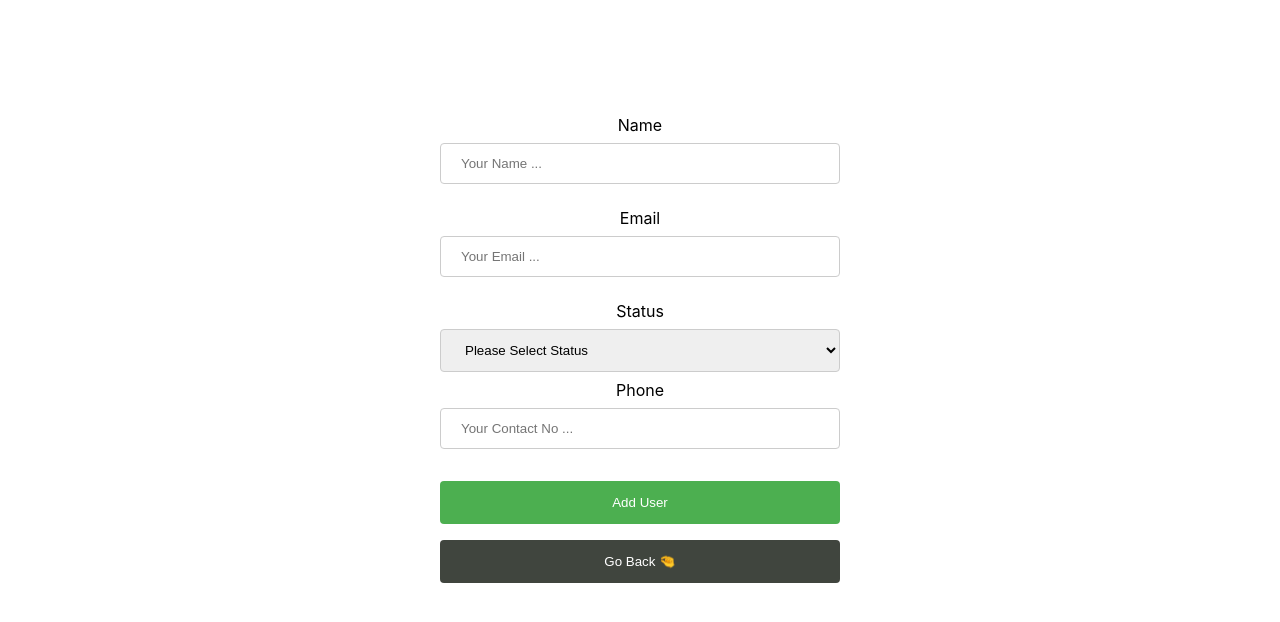
Repository: fdhhhdjd/Redux-Toolkit-CURD-Firebase
Page: /add
An editor plug-in stored every save of this project. The page is shown before and after the next save, followed by the edit.
The browser window is 1280 px wide. The pictures show the whole page.
Pictures or frames that could not be fetched are drawn as grey boxes. The project was rebuilt for these pictures with package versions that can differ from the ones it lists, and the page was loaded fresh each time. Also part of the build but not shown: src/Styles/Home.css, src/Component/Moments.js, src/Component/Home.js, src/Styles/View.css, src/Component/View.js.

Above is the page before, as saved 2021-10-25 14:23:28.

### src/index.js
import React from "react";
import ReactDOM from "react-dom";
import "./index.css";
import App from "./App";
import store from "./Redux/Store";
import { Provider } from "react-redux";
import * as serviceWorker from "./serviceWorker";
import { ToastContextProvider } from "./ToastContext/ToastContext";

ReactDOM.render(
  <React.StrictMode>
    <Provider store={store}>
      <ToastContextProvider>
        <App />
      </ToastContextProvider>
    </Provider>
  </React.StrictMode>,
  document.getElementById("root")
);

// If you want your app to work offline and load faster, you can change
// unregister() to register() below. Note this comes with some pitfalls.
// Learn more about service workers: https://bit.ly/CRA-PWA
serviceWorker.unregister();

### src/App.js
import React from "react";
import "./App.css";
import { BrowserRouter, Switch, Route } from "react-router-dom";
import { ToastContainer } from "react-toastify";
import "react-toastify/dist/ReactToastify.css";
import { Home, View, AddEdit } from "./import/Index";
function App() {
  return (
    <>
      <BrowserRouter>
        <div className="App">
          <ToastContainer position="top-center" />
          <Switch>
            <Route exact path="/" component={Home} />
            <Route path="/add" component={AddEdit} />
            <Route path="/update/:id" component={AddEdit} />
            <Route path="/view/:id" component={View} />
          </Switch>
        </div>
      </BrowserRouter>
    </>
  );
}

export default App;

### src/Redux/Store.js
import { configureStore, createStore } from "@reduxjs/toolkit";
import logger from "redux-logger";
import thunk from "redux-thunk";
import { composeWithDevTools } from "redux-devtools-extension";
import ContactReducer from "./ContactSlice";
const middleware = [thunk];
if (process.env.NODE_ENV === "development") {
  middleware.push(logger);
}
const store = configureStore({
  reducer: {
    todos: ContactReducer,
    middleware: [logger],
  },
});

export default store;

### src/ToastContext/ToastContext.js
import React, { useState, createContext, useEffect, useRef } from "react";
export const ToastContext = createContext();
export const ToastContextProvider = ({ children }) => {
  const [list, setList] = useState([]);
  let toastProperties = null;
  const showToast = (type) => {
    switch (type) {
      case "success":
        toastProperties = {
          id: list.length + 1,
          title: "Success",
          icon: "fas fa-check-circle",
          description: "Add user Success 😊",
          backgroundColor: "toast--success",
        };
        break;
      case "danger":
        toastProperties = {
          id: list.length + 1,
          title: "Danger",
          description: "Thất bại",
          backgroundColor: "toast--error",
          button: "btn btn--danger",
          json: "fas fa-exclamation-triangle",
        };
        break;
      case "info":
        toastProperties = {
          id: list.length + 1,
          title: "Info",
          description: "Khá thành công",
          backgroundColor: "toast--info",
          json: "fas fa-info",
        };
        break;
      case "warning":
        toastProperties = {
          id: list.length + 1,
          title: "Warning",
          description: "Gần thất bại",
          backgroundColor: "toast--warning",
          json: "fas fa-radiation-alt",
        };
        break;
      default:
        toastProperties = [];
    }
    setList([...list, toastProperties]);
  };
  const data = { list, setList, showToast };

  return <ToastContext.Provider value={data}>{children}</ToastContext.Provider>;
};

### src/import/Index.js
export { default as Home } from "../Component/Home";
export { default as AddEdit } from "../Component/AddEdit";
export { default as View } from "../Component/View";

### src/Redux/ContactSlice.js
import { createSlice, createAsyncThunk } from "@reduxjs/toolkit";
import { v4 as uuidv4 } from "uuid";
import { nanoid } from "nanoid";
const initialState = {
  contacts: [
    {
      id: 1,
      name: "Nguyễn Tiến Tài",
      email: "nguyentientai10@gmai.com",
      phone: "0798805741",
      status: "Active",
    },
    {
      id: 2,
      name: "Nguyễn Hữu Quyền",
      email: "huuquyen2000@gmail.com",
      phone: "09658235656",
      status: "Inactive",
    },
    {
      id: 3,
      name: "Nguyễn Bảo Khang",
      email: "jbaokhangdesigner@gmail.com",
      phone: "0353263452",
      status: "Active",
    },
    {
      id: 4,
      name: "Bùi Huỳnh Quốc Trung	",
      email: "quoctrung@gmail.com",
      phone: "0348561815",
      status: "Inactive",
    },
    {
      id: 5,
      name: "Trần Phi Hoàng",
      email: "phihoang1@gmail.com",
      phone: "0936095986",
      status: "Active",
    },
  ],
  contact: {
    name: "",
    email: "",
    phone: "",
    status: "",
  },
  filter: "All",
};
const TodoSlice = createSlice({
  name: "todos",
  initialState,
  reducers: {
    getContact: (state, action) => {
      state.contact = state.contacts.find((item) => item.id == action.payload);
    },
    addContact: (state, action) => {
      const newData = { ...action.payload, id: uuidv4() };
      state.contacts = [...state.contacts, newData];
    },
    deleteContact: (state, action) => {
      state.contacts = state.contacts.filter(
        (item) => item.id !== action.payload
      );
    },
    updateContact: (state, action) => {
      state.contacts = state.contacts.map((item) =>
        item.id === action.payload.id ? action.payload : item
      );
    },
    setFilter: (state, action) => {
      state.filter = action.payload;
    },
  },
});
const ContactReducer = TodoSlice.reducer;
export const {
  addContact,
  deleteContact,
  getContact,
  updateContact,
  setFilter,
} = TodoSlice.actions;
export const GetTodo = (state) => state.todos;
export default ContactReducer;

### src/Component/AddEdit.js
import React, { useEffect, useState } from "react";
import {
  addContact,
  getContact,
  GetTodo,
  updateContact,
} from "../Redux/ContactSlice";
import "../Styles/AddEdit.css";
import { toast } from "react-toastify";
import { useDispatch, useSelector } from "react-redux";
import { Link, useHistory, useParams } from "react-router-dom";
import { useForm, Controller } from "react-hook-form";
const initialState = {
  name: "",
  email: "",
  phone: "",
  status: "",
};
const AddEdit = () => {
  const [state, setState] = useState(initialState);
  const dispatch = useDispatch();
  const history = useHistory();
  const { id } = useParams();
  const { name, email, phone, status } = state;
  const { contact } = useSelector(GetTodo);
  const {
    register,
    formState: { errors },
    handleSubmit,
    watch,
    control,
  } = useForm({
    mode: "all",
  });
  const handleSubmit1 = (e, data) => {
    if (!id) {
      dispatch(addContact(state), toast.success("Add user Success 😊"));
    } else {
      dispatch(updateContact(state), toast.success("Edit user Success 👌 "));
    }
    setTimeout(() => {
      history.push("/");
    }, 500);
    // }
  };
  const handleInputChange = (e) => {
    let { name, value } = e.target;
    setState({ ...state, [name]: value });
  };
  const handleDropdownChange = (e) => {
    const { name, value } = e.target;
    setState({ ...state, [name]: value });
  };
  useEffect(() => {
    dispatch(getContact(id));
    setState({ ...contact });
  }, [id, contact]);
  return (
    <>
      <div style={{ marginTop: "100px" }}>
        <form
          style={{
            margin: "auto",
            padding: "15px",
            maxWidth: "400px",
            alignContent: "center",
          }}
          onSubmit={handleSubmit(handleSubmit1)}
        >
          <label htmlFor="name">Name</label>
          <input
            type="text"
            id="name"
            placeholder="Your Name ..."
            value={name || ""}
            {...register("name", { required: true, maxLength: 20 })}
            name="name"
            onChange={handleInputChange}
          />
          <p style={{ color: "red" }}>
            {errors.name?.type === "required" && "Please Enter Name ?"}
            {errors?.name?.type === "maxLength" && (
              <p>First name cannot exceed 20 characters</p>
            )}
          </p>
          <label htmlFor="email">Email</label>
          <input
            type="email"
            id="email"
            value={email || ""}
            placeholder="Your Email ..."
            {...register("email", {
              required: true,
              pattern: /^\S+@\S+$/i,
            })}
            name="email"
            onChange={handleInputChange}
          />
          <p style={{ color: "red" }}>
            {errors.email?.type === "required" && "Please Enter Email "}
            {errors?.email?.type === "pattern" && "Email Invalid"}
          </p>

          <label htmlFor="status">Status</label>
          <select
            className="dropdown"
            name="status"
            onChange={handleDropdownChange}
          >
            <option>Please Select Status</option>
            <option value="Active" selected={status === "Active" ? status : ""}>
              Active
            </option>
            <option
              value="Inactive"
              selected={status === "Inactive" ? status : ""}
            >
              Inactive
            </option>
          </select>
          <label htmlFor="phone">Phone</label>
          <Controller
            name="phone-input"
            control={control}
            rules={{
              validate: (value) => isValidPhoneNumber(value),
            }}
            render={({ field: { onChange, value } }) => (
              <input
                type="text"
                id="phone"
                placeholder="Your Contact No ..."
                value={value}
                {...register("phone", { required: true, min: 18, max: 99 })}
                name="phone"
                onChange={onChange}
                defaultCountry="TH"
                id="phone-input"
              />
            )}
          />

          <p style={{ color: "red" }}>
            {errors.phone?.type === "required" &&
              "Please Phone and Correct Number"}
          </p>
          {id ? (
            <input type="submit" value="Edit User" />
          ) : (
            <input type="submit" value="Add User" />
          )}
          <Link to="/">
            <input type="button" value="Go Back 🤏" />
          </Link>
        </form>
      </div>
    </>
  );
};

export default AddEdit;

### src/Styles/AddEdit.css
input[type="text"],
input[type="email"],
input[type="number"],
select {
  width: 100%;
  padding: 12px 20px;
  margin: 8px 0;
  display: inline-block;
  border: 1px solid #ccc;
  border-radius: 4px;
  box-sizing: border-box;
}

input[type="submit"] {
  width: 100%;
  background-color: #4caf50;
  color: white;
  padding: 14px 20px;
  margin: 8px 0;
  border: none;
  border-radius: 4px;
  cursor: pointer;
}

input[type="button"] {
  width: 100%;
  background-color: #40453e;
  color: white;
  padding: 14px 20px;
  margin: 8px 0;
  border: none;
  border-radius: 4px;
  cursor: pointer;
}

input[type="submit"]:hover {
  background-color: #45a049;
}

.dropdown {
  width: 100%;
}

Loaded but not shown: public/index.html (common file); src/index.css (common file); src/serviceWorker.js (common file); src/App.css (common file)

After the next save:
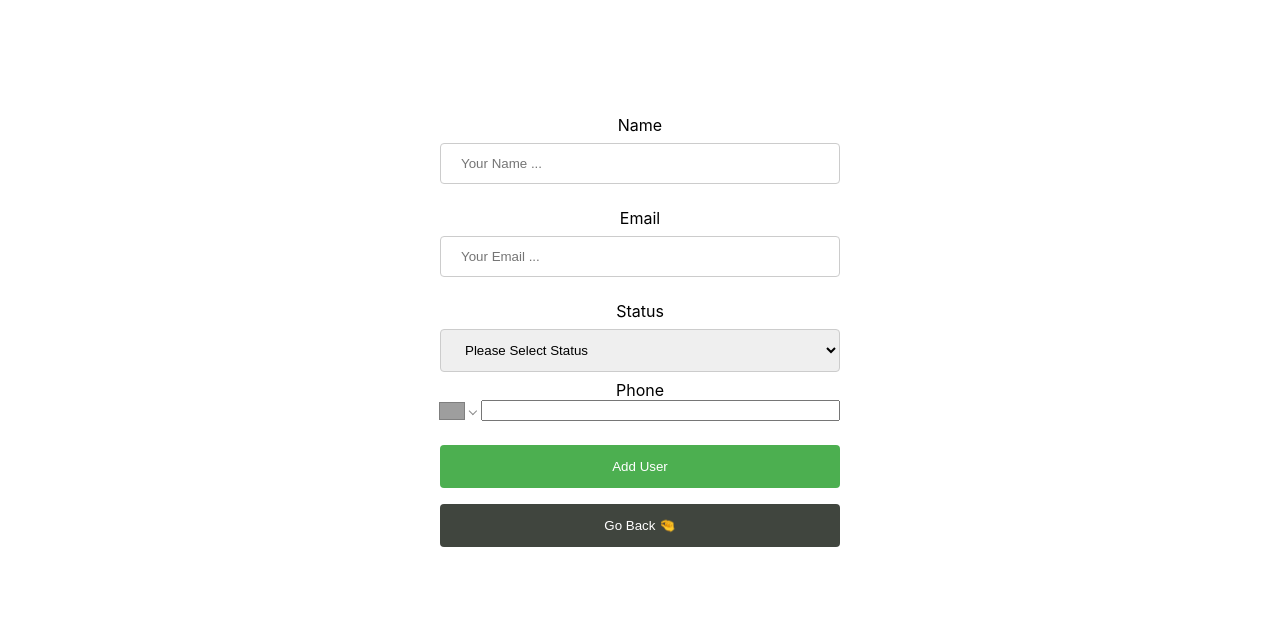
Saved 83 s later.
--- a/src/Component/AddEdit.js
+++ b/src/Component/AddEdit.js
@@ -10,6 +10,8 @@
 import { useDispatch, useSelector } from "react-redux";
 import { Link, useHistory, useParams } from "react-router-dom";
 import { useForm, Controller } from "react-hook-form";
+import PhoneInput, { isValidPhoneNumber } from "react-phone-number-input";
+import "react-phone-number-input/style.css";
 const initialState = {
   name: "",
   email: "",
@@ -126,13 +128,8 @@
               validate: (value) => isValidPhoneNumber(value),
             }}
             render={({ field: { onChange, value } }) => (
-              <input
-                type="text"
-                id="phone"
-                placeholder="Your Contact No ..."
+              <PhoneInput
                 value={value}
-                {...register("phone", { required: true, min: 18, max: 99 })}
-                name="phone"
                 onChange={onChange}
                 defaultCountry="TH"
                 id="phone-input"
